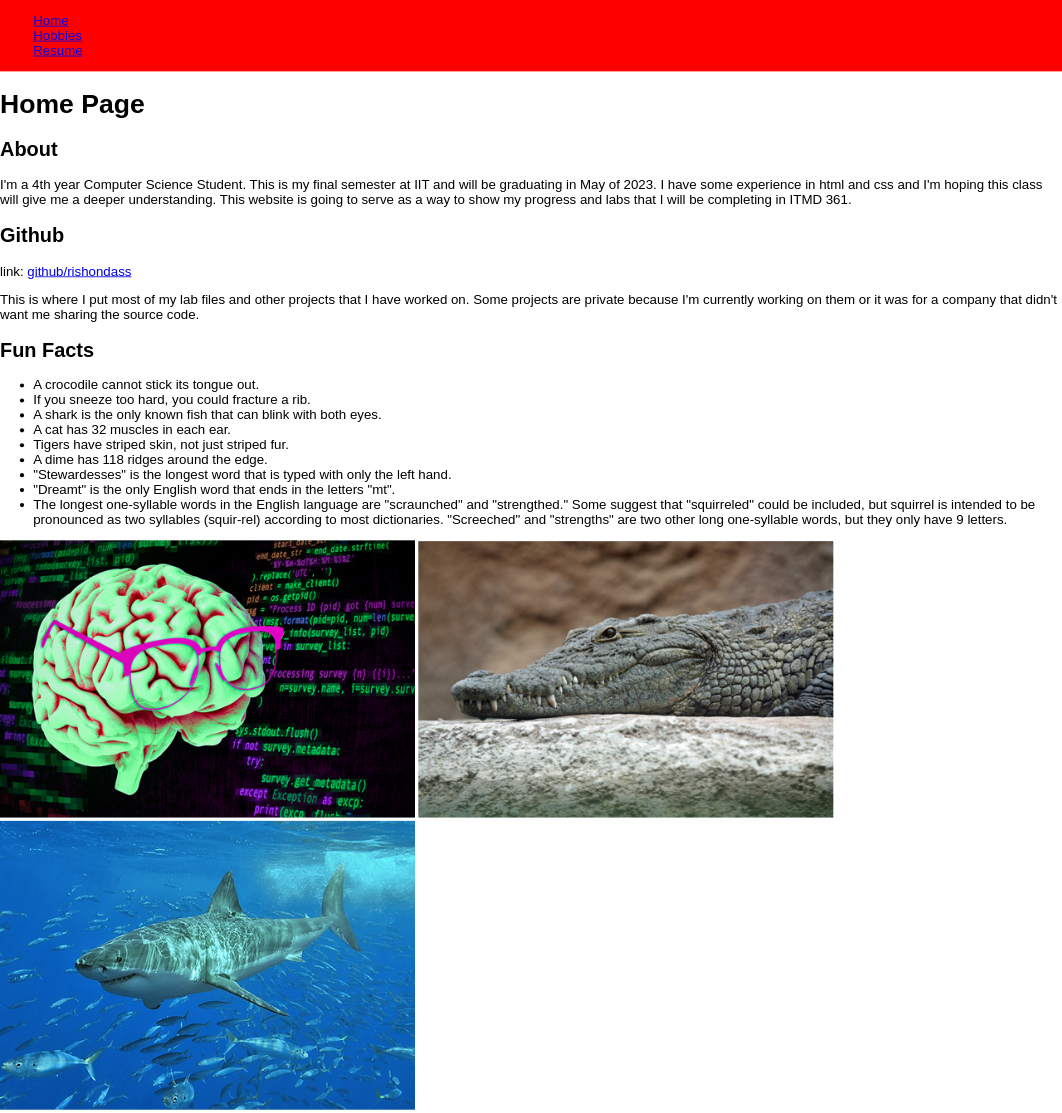
Repository: rishondass/ITMD361-Project2
Page: index.html
These files come from the project's save history. The page is drawn as it stood at one moment and after the next save; the edit follows.
The browser window is 1280 px wide. The pictures show the whole page, at 83% of full size.

Above is the page before, as saved 2023-03-07 21:05:55.

### index.html
<!DOCTYPE html>
<html lang="en">
<head>
    <meta charset="UTF-8">
    <meta name="viewport" content="width=device-width, initial-scale=1.0">
    <link rel="stylesheet" href="css/style.css">
    <link rel="stylesheet" href="css/normalize.css">
    <title>Home</title>
</head>
<body>
    <nav id="main-nav">
        <ul>
            <li>
                <a href="index.html">Home</a>
            </li>
            <li>
                <a href="hobbies.html">Hobbies</a>
            </li>
            <li>
                <a href="resume.html">Resume</a>
            </li>
        </ul>
    </nav>

    <div>
        <h1>Home Page</h1>
        <h2>
            About
        </h2>
        <p>
            I'm a 4th year Computer Science Student. This is my final semester at IIT and will be graduating in May of 2023. I have some experience in html and css and I'm hoping this class will give me a deeper understanding. This website is going to serve as a way to show my progress and labs that I will be completing in ITMD 361.
        </p>
        <h2>
            Github
        </h2>
        <p>
            link: <a target="_blank" href="https://www.github.com/rishondass">github/rishondass</a>
        </p>
        <p>
            This is where I put most of my lab files and other projects that I have worked on. Some projects are private because I'm currently working on them or it was for a company that didn't want me sharing the source code.
        </p>
        <h2>
            Fun Facts
        </h2>
        <ul>
            <li>
                A crocodile cannot stick its tongue out.
            </li>
            <li>
                If you sneeze too hard, you could fracture a rib.
            </li>
            <li>
                A shark is the only known fish that can blink with both eyes.
            </li>
            <li>
                A cat has 32 muscles in each ear.
            </li>
            <li>
                Tigers have striped skin, not just striped fur.
            </li>
            <li>
                A dime has 118 ridges around the edge.
            </li>
            <li>
                "Stewardesses" is the longest word that is typed with only the left hand.
            </li>
            <li>
                "Dreamt" is the only English word that ends in the letters "mt".
            </li>
            <li>
                The longest one-syllable words in the English language are "scraunched" and "strengthed." Some suggest that "squirreled" could be included, but squirrel is intended to be pronounced as two syllables (squir-rel) according to most dictionaries. "Screeched" and "strengths" are two other long one-syllable words, but they only have 9 letters.
            </li>
        </ul>
        <img src="images/code.jpg" alt="image_of_code">
        <img src="images/Nile_crocodile_head.jpg" alt="image_of_crocodile">
        <img src="images/White_shark.jpg" alt="image_of_shark">

    </div>
</body>
</html>

### css/style.css
#main-nav{
    background-color: red;
    overflow: hidden;
}

#main-nav li{
    list-style-type: none;
    padding: 0;
    margin: 0;
}

Loaded but not shown: css/normalize.css (library)

After the next save:
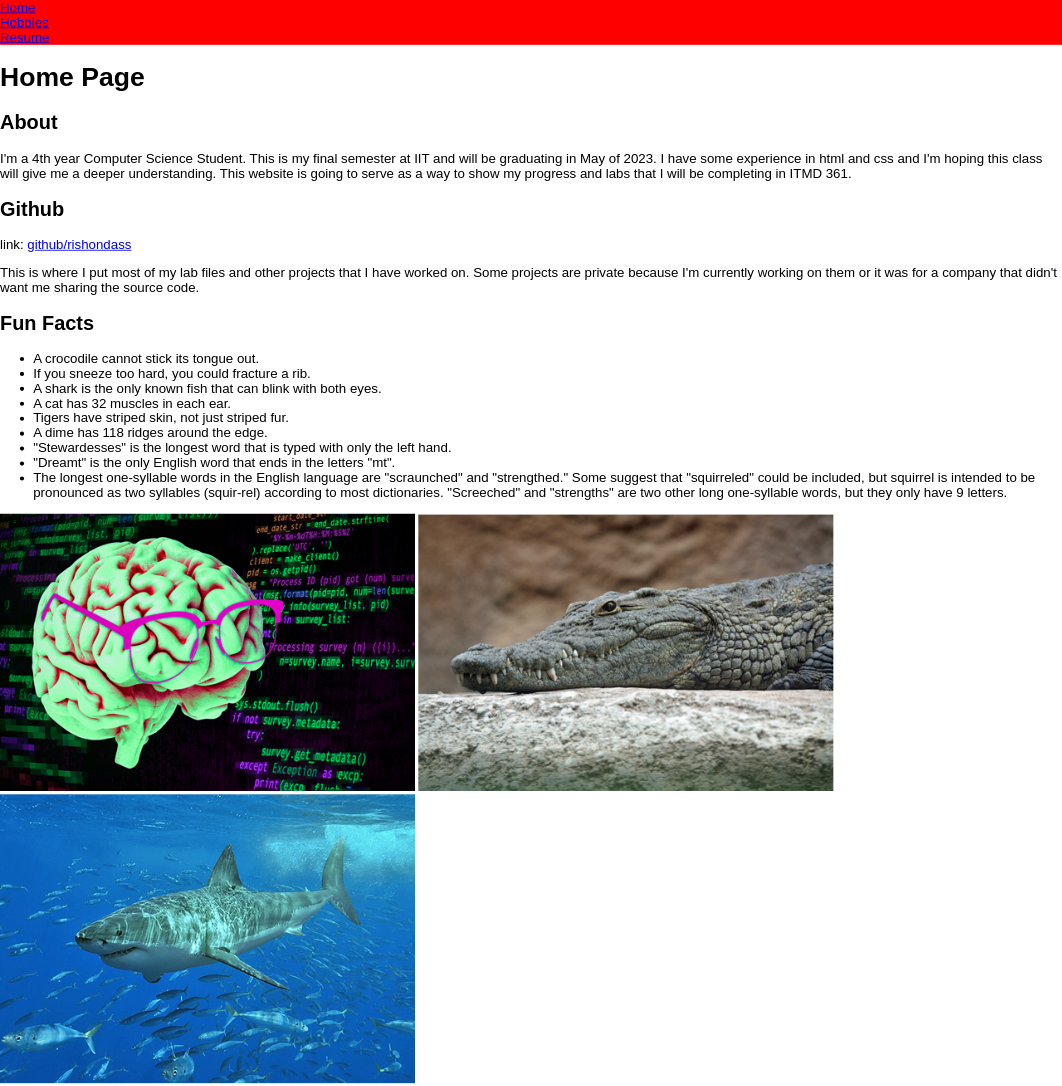
Saved 18 s later.
--- a/css/style.css
+++ b/css/style.css
@@ -3,7 +3,7 @@
     overflow: hidden;
 }
 
-#main-nav li{
+#main-nav ul{
     list-style-type: none;
     padding: 0;
     margin: 0;
